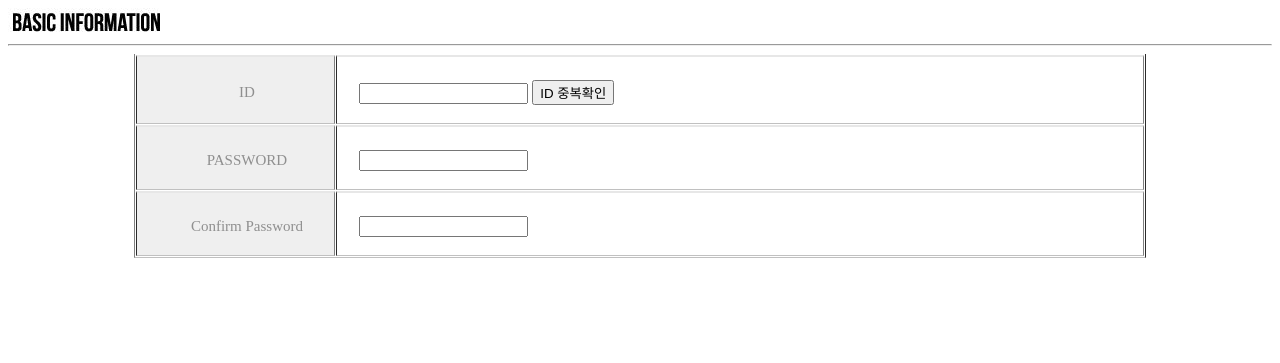
Repository: kminjoo/Making-website-using-JSP
Page: http://localhost/website_project/Register.jsp
These files come from the project's save history. The page is drawn as it stood at one moment and after the next save; the edit follows.
The browser window is 1280 px wide. The pictures show the whole page.
The page is served by Tomcat 9. Other server files are loaded and not shown.

Above is the page before, as saved 2015-07-21 14:08:15.

### website_project/WebContent/Register.jsp
<%@ page language="java" contentType="text/html; charset=EUC-KR"
    pageEncoding="EUC-KR"%>
<!DOCTYPE html PUBLIC "-//W3C//DTD HTML 4.01 Transitional//EN" "http://www.w3.org/TR/html4/loose.dtd">
<html>
<head>
<meta http-equiv="Content-Type" content="text/html; charset=EUC-KR">
<title>Welcome to Minjoo's Website!</title>
<link href="style.css" rel="stylesheet" type="text/css">

<script language="JavaScript" src="script.js"></script>
</head>
<body>
<div><img src="<%=request.getContextPath() %>/images/basicInfo.JPG"/></div>
<hr>
<table border="1" cellpadding="18" cellspacing="1" width="80%" align="center">
<form name="regForm" method="post" action="RegisterProc.jsp">
	<tr>
		<td width="13%" align="center" bgcolor="#EFEFEF">ID</td>
		<td width="60%"><input type="text" name="mem_id" size="18">
		<input type="button" value="ID 중복확인" onClick="idCheck(this.form.mem_id.value)"></td>
	</tr>
	<tr>
		<td width="13%" align="center" bgcolor="#EFEFEF">PASSWORD</td>
		<td width="60%"><input type="password" name="mem_passwd" size="18">
	</tr>
	<tr>
		<td width="13%" align="center" bgcolor="#EFEFEF">Confirm Password</td>
		<td width="60%"><input type="password" name="mem_passwd" size="18">
	</tr>
</table>
</form>

</body>
</html>

### website_project/WebContent/style.css
@CHARSET "EUC-KR";

hr {
    display: block;
    margin-top: 0.5em;
    margin-bottom: 0.5em;
    margin-left: auto;
    margin-right: auto;
    border-style: inset;
    border-width: 1px;
}

/*table {
    display: table;
    border-collapse: collpase;
    border-spacing: 0px;
    border-color: #EFEFEF;
}*/

img{vertical-align:middle;}

table{table-layout:fixed;border-top:0px solid #c0c0c0;border-bottom:1px solid #c0c0c0;}

td{padding:23px 0 18px 22px;border-top:2px solid #e7e7e7;color:#8f8f8f;line-height:140%;font-size:15px;}

### website_project/WebContent/script.js
/**
 *
 */


function loginCheck(){
	if(document.login.mem_id.value==""){
		alert("Enter your ID.");
		document.login.mem_id.focus();
		return;
	}
	if(document.login.mem_passwd.value==""){
		alert("Enter your password.");
		document.login.mem_passwd.focus();
		return;
	}
	document.login.submit();

}

function memberReg(){
	location.href ="Register.jsp";
}
function idCheck(id){
	if(id == ""){
	alert("Enter your ID.");
	document.regForm.mem_id.focus();
	}else{
		url="IdCheck.jsp?mem_id=" + id;
		window.open(url,"post","width=300,height=150");
	}
}

function inputCheck(){
	if(document.regForm.mem_id.value==""){
		alert("Enter your ID.");
		document.regForm.mem_id.focus();
		return;
	}
	if(document.regForm.mem_password.value==""){
		alert("Enter your Password.");
		document.regForm.mem_password.focus();
		return;
	}
	if(document.regForm.mem_repasswd.value==""){
		alert("Enter your Password.");
		document.regForm.mem_repasswd.focus();
		return;
	}

	if(document.regForm.mem_password.value != document.regForm.mem_repasswd.value){
		alert("Passwords do not match.");
		document.regForm.mem_passwd.focus();
		return;
	}

	if(document.regForm.mem_firstname.value==""){
		alert("Enter your first name.");
		document.regForm.mem_firstname.focus();
		return;
	}
	if(document.regForm.mem_lastname.value==""){
		alert("Enter your last name.");
		document.regForm.mem_lastname.focus();
		return;
	}
	if(document.regForm.mem_email.value==""){
		alert("Enter your email address.");
		document.regForm.mem_email.focus();
		return;
	}
	if(document.regForm.mem_phone1.value==""){
		alert("Enter your phone number.");
		document.regForm.mem_phone1.focus();
		return;
	}
	if(document.regForm.mem_phone2.value==""){
		alert("Enter your phone number.");
		document.regForm.mem_phone2.focus();
		return;
	}
	if(document.regForm.mem_phone3.value==""){
		alert("Enter your phone number.");
		document.regForm.mem_phone3.focus();
		return;
	}

	var str = document.regForm.mem_email.value;
	var atPos = str.indexOf('@');
	var atLastPos = str.lastIndexOf('@');
	var dotPos = str.indexOf('.');
	var spacePos = str.indexOf(' ');
	var commaPos = str.indexOf(',');
	var emailSize = str.length;

	if(atPos>1 && atPos == atLastPos && dotPos > 3 && spacePos == -1 &&
			commaPos == -1 && atPos + 1 < dotPos && dotPos + 1 < emailSize );
	else{
		alert("This e-mail address is incorrectly formatted. \n\r Please try again.");
		document.regForm.mem_email.focus();
		return;
	}

	document.regForm.submit();
}

function inputCheck2(){
	if(document.regForm.mem_id.value==""){
		alert("Enter your ID.");
		document.regForm.mem_id.focus();
		return;
	}
	if(document.regForm.mem_password.value==""){
		alert("Enter your Password.");
		document.regForm.mem_password.focus();
		return;
	}

	if(document.regForm.mem_firstname.value==""){
		alert("Enter your first name.");
		document.regForm.mem_firstname.focus();
		return;
	}
	if(document.regForm.mem_lastname.value==""){
		alert("Enter your last name.");
		document.regForm.mem_lastname.focus();
		return;
	}
	if(document.regForm.mem_email.value==""){
		alert("Enter your email address.");
		document.regForm.mem_email.focus();
		return;
	}
	if(document.regForm.mem_phone1.value==""){
		alert("Enter your phone number.");
		document.regForm.mem_phone1.focus();
		return;
	}
	if(document.regForm.mem_phone2.value==""){
		alert("Enter your phone number.");
		document.regForm.mem_phone2.focus();
		return;
	}
	if(document.regForm.mem_phone3.value==""){
		alert("Enter your phone number.");
		document.regForm.mem_phone3.focus();
		return;
	}

	var str = document.regForm.mem_email.value;
	var atPos = str.indexOf('@');
	var atLastPos = str.lastIndexOf('@');
	var dotPos = str.indexOf('.');
	var spacePos = str.indexOf(' ');
	var commaPos = str.indexOf(',');
	var emailSize = str.length;

	if(atPos>1 && atPos == atLastPos && dotPos > 3 && spacePos == -1 &&
			commaPos == -1 && atPos + 1 < dotPos && dotPos + 1 < emailSize );
	else{
		alert("This e-mail address is incorrectly formatted. \n\r Please try again.");
		document.regForm.mem_email.focus();
		return;
	}

	document.regForm.submit();
}

function win_close()
{
	self.close();
}

function searchInputCheck(sform){
	if(sform.search.value==""){
	alert("Enter what you want to search");
	sform.search.focus();
	return false;
}
	sform.submit();
}

After the next save:
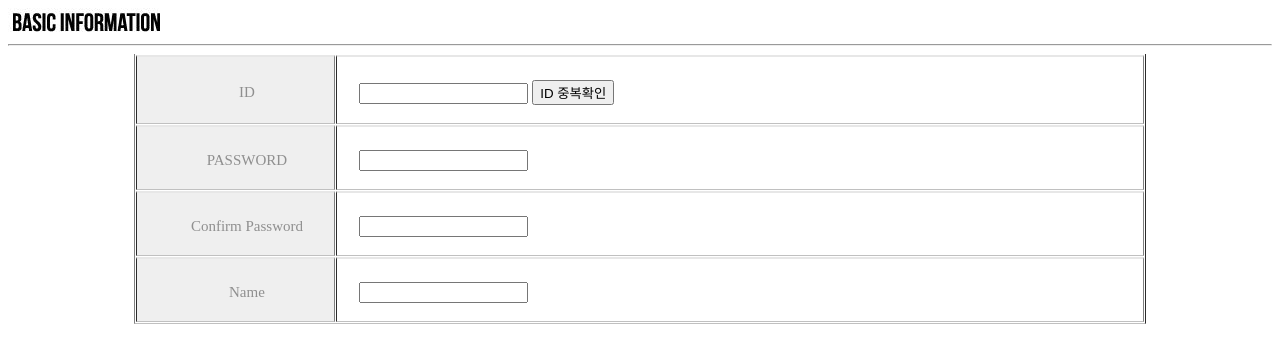
Saved 41 s later.
--- a/website_project/WebContent/Register.jsp
+++ b/website_project/WebContent/Register.jsp
@@ -27,6 +27,11 @@
 		<td width="13%" align="center" bgcolor="#EFEFEF">Confirm Password</td>
 		<td width="60%"><input type="password" name="mem_passwd" size="18">
 	</tr>
+	<tr>
+		<td width="13%" align="center" bgcolor="#EFEFEF">Name</td>
+		<td width="60%"><input type="password" name="mem_name" size="18">
+	</tr>
+
 </table>
 </form>
 
